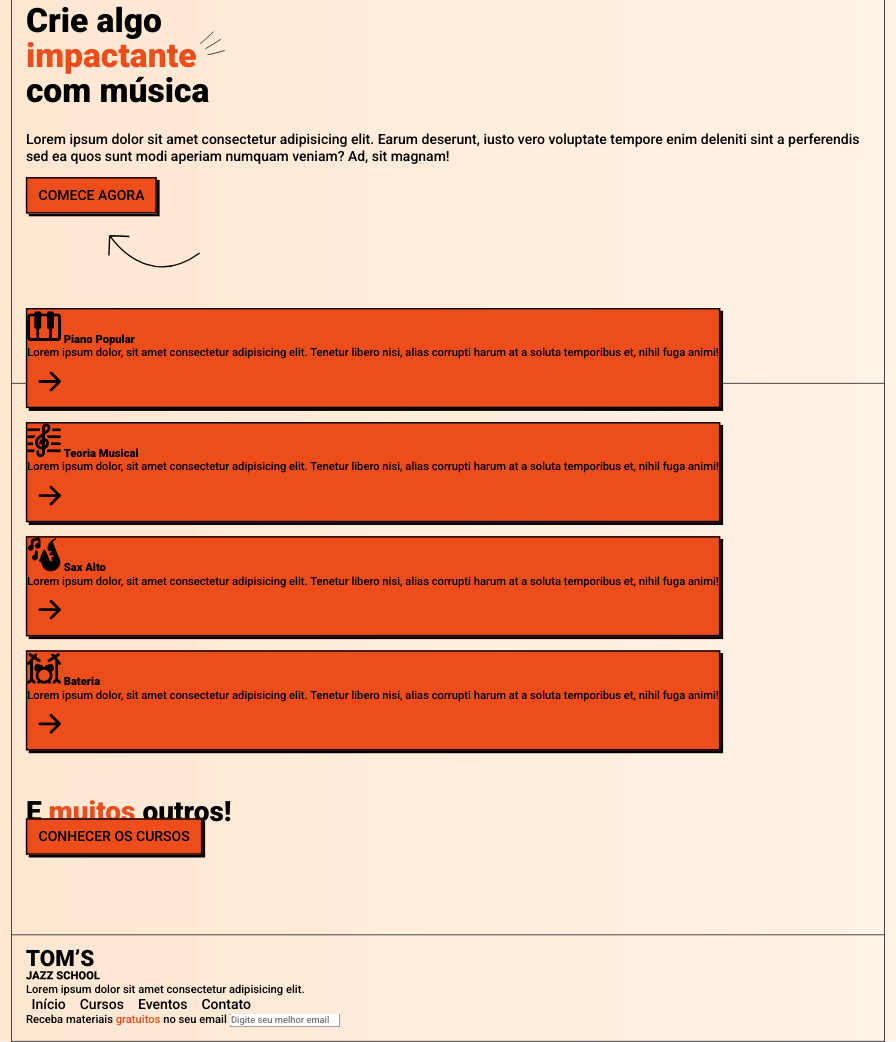
Repository: tenoriodasilva31/OBC-Music-School
Page: index.html
The author's editor kept a copy of each file at every save. The page is drawn from the files as they stood at one save, then again after the next save.
The browser window is 1280 px wide. The pictures show the part of the page from y = 990 to 2910 px (the page is 2478 px tall before and 2910 px after), at 70% of full size.

Above is the page before, as saved 2023-07-05 17:45:27.

### index.html
<!DOCTYPE html>
<html lang="pt-BR">
<head>
    <meta charset="UTF-8">
    <meta name="viewport" content="width=device-width, initial-scale=1.0">
    <title>Tom's Jazz School</title>

    <link rel="preconnect" href="https://fonts.googleapis.com">
    <link rel="preconnect" href="https://fonts.gstatic.com" crossorigin>

    <link rel="stylesheet" href="index.css">

    <link href="https://fonts.googleapis.com/css2?family=Roboto:wght@500;900&display=swap" rel="stylesheet">
</head>
<body>
    <header>
        <img src="./img/logo.svg" alt="Tom's School">
        <nav class="mt-1 nx-auto">
            <a href="#">Início</a>
            <a href="#">Cursos</a>
            <a href="#">Eventos</a>
            <a href="#">Contato</a>
        </nav>
        <button href="#" class="button mt-1 mb-1 nx-auto">Inscreva-se</button>
    </header>
    <main>
        <section class="hero-section">
            <img src="/img/hero-img.svg" alt="Banda de jazz se apresentando">
            <div>
                <h1 class="mt-2">Crie algo <span class="text-primary decoration">impactante</span> com música</h1>
                <p class="mt-2 mb-2">Lorem ipsum dolor sit amet consectetur adipisicing elit. Earum deserunt, iusto vero voluptate tempore enim deleniti sint a perferendis sed ea quos sunt modi aperiam numquam veniam? Ad, sit magnam!</p>
                <a href="#" class="button mt-1 mb-1 nx-auto">Comece agora</a>
            </div>
        </section>
        <section class="courses-section">
            <div class="cards">
            <article class="card">
                <img src="/img/piano.png" alt="icone de teclas de piano">
                <strong>Piano Popular</strong>
                <p>Lorem ipsum dolor, sit amet consectetur adipisicing elit. Tenetur libero nisi, alias corrupti harum at a soluta temporibus et, nihil fuga animi!</p>
                <a href="#">
                    <img src="/img/arrow-right.svg" alt="Ir para página do curso">
                </a>
            </article>
            <article class="card">
                <img src="/img/clef.png" alt="icone clave">
                <strong>Teoria Musical</strong>
                <p>Lorem ipsum dolor, sit amet consectetur adipisicing elit. Tenetur libero nisi, alias corrupti harum at a soluta temporibus et, nihil fuga animi!</p>
                <a href="#">
                    <img src="/img/arrow-right.svg" alt="Ir para página do curso">
                </a>
            </article>
            <article class="card">
                <img src="/img/sax.png" alt="icone de teclas de piano">
                <strong>Sax Alto</strong>
                <p>Lorem ipsum dolor, sit amet consectetur adipisicing elit. Tenetur libero nisi, alias corrupti harum at a soluta temporibus et, nihil fuga animi!</p>
                <a href="#">
                    <img src="/img/arrow-right.svg" alt="Ir para página do curso">
                </a>
            </article>
            <article class="card">
                <img src="/img/drums.png" alt="icone de teclas de piano">
                <strong>Bateria</strong>
                <p>Lorem ipsum dolor, sit amet consectetur adipisicing elit. Tenetur libero nisi, alias corrupti harum at a soluta temporibus et, nihil fuga animi!</p>
                <a href="#">
                    <img src="/img/arrow-right.svg" alt="Ir para página do curso">
                </a>
            </article>
            </div>
            <h2>E <span class="text-primary">muitos</span> outros!</h2>
            <a href="#" class="button">Conhecer os cursos</a>
        </section>
    </main>

    <footer>
        <div>
            <img src="/img/logo.svg" alt="Tom's School">
            <p>Lorem ipsum dolor sit amet consectetur adipisicing elit. </p>
        </div>
        <nav>
            <a href="#">Início</a>
            <a href="#">Cursos</a>
            <a href="#">Eventos</a>
            <a href="#">Contato</a>
        </nav>
        <form>
            <label for="email">Receba materiais <span class="text-primary">gratuitos</span> no seu email</label>
            <input type="text" name="email" id="email" placeholder="Digite seu melhor email">
        </form>
    </footer>
</body>
</html>

### index.css
* {
    box-sizing: border-box;
    font-family: 'Roboto', sans-serif;
    margin: 0;
    padding: 0;
}

:root {
    --color-primary: #ED4D1B;
    --color-secondary: #FF9a3c;
    --color-black: #000;
    --color-white: #FFF;
}

body {
    background: linear-gradient(90deg, #ffe7d1 0%, #FFF2e6 100%);
    padding: 0 1rem;
}

header,.hero-section, .courses-section, footer {
    border-color: var(--color-black);
    border-style: solid;
    border-width: 0 1px 1px 1px;
    padding: 1.25rem;
}

header img {
    display: block;
    margin: 1rem auto;
}

header nav {
    display: grid;
    grid-template-columns: 1fr, 1fr;
}

nav a {
    color: var(--color-black);
    font-size: 1.25rem;
    padding: .5rem;
    text-decoration: none;
}

header nav a:nth-child(2n-1) {
    text-align: right;
}

.button {
    background-color: var(--color-primary);
    border: 2px solid var(--color-black);
    box-shadow: 4px 4px 0 var(--color-black);
    color: var(--color-black);
    display: black;
    font-size: 1.25rem;
    padding: .75rem 1rem;
    max-width: 14rem;
    text-align: center;
    text-decoration: none;
    text-transform: uppercase;
}

.hero-section {
    padding-right: 0;
    padding-bottom: 16rem;

}

.hero-section img {
    display: block;
    margin: 1.25rem 0 0 auto;
    max-width: 100%;
}

h1 {
    font-size: 3rem;
    line-height: 105%;
}

h2 {
    font-size: 2.5rem;
}

.hero-section p {
    font-size: 1.25rem;
    padding-right: 1.25rem;
}

.hero-section .button {
    position: relative;

}

.hero-section .button::after {
    content: '';
    background: url("/img/arrow-curve.svg");
    position: absolute;
    top: 5rem;
    right: -4rem;
    height: 48px;
    width: 132px;
}

.decoration {
    display: block;
    position: relative;
}

.decoration::after {
    content: '';
    background: url(/img/three-dashes.svg);
    position: absolute;
    top: -0.75rem;
    height: 36px;
    width: 40px;
}

.courses-section {
    padding-bottom: 8rem;

}

.cards {
    display: flex;
    flex-direction: column;
    align-items: start;
    gap: 1.25rem;
    margin-top: -8rem;
    margin-bottom: 4rem;
}

.card {
    background-color: var(--color-primary);
    border: 2px solid var(--color-black);
    box-shadow: 4px 4px 0 var(--color-black);
}

.mt-1 {
    margin-top: 1rem;
}

.mt-2 {
    margin-top: 2rem;
}

.mb-1 {
    margin-bottom: 1rem;
}

.mb-2 {
    margin-bottom: 2rem;
}

.mx-auto {
    margin-left: auto;
    margin-right: auto;
}

.text-primary {
    color: var(--color-primary);
}

.text-center {
    text-align: center;
}

After the next save:
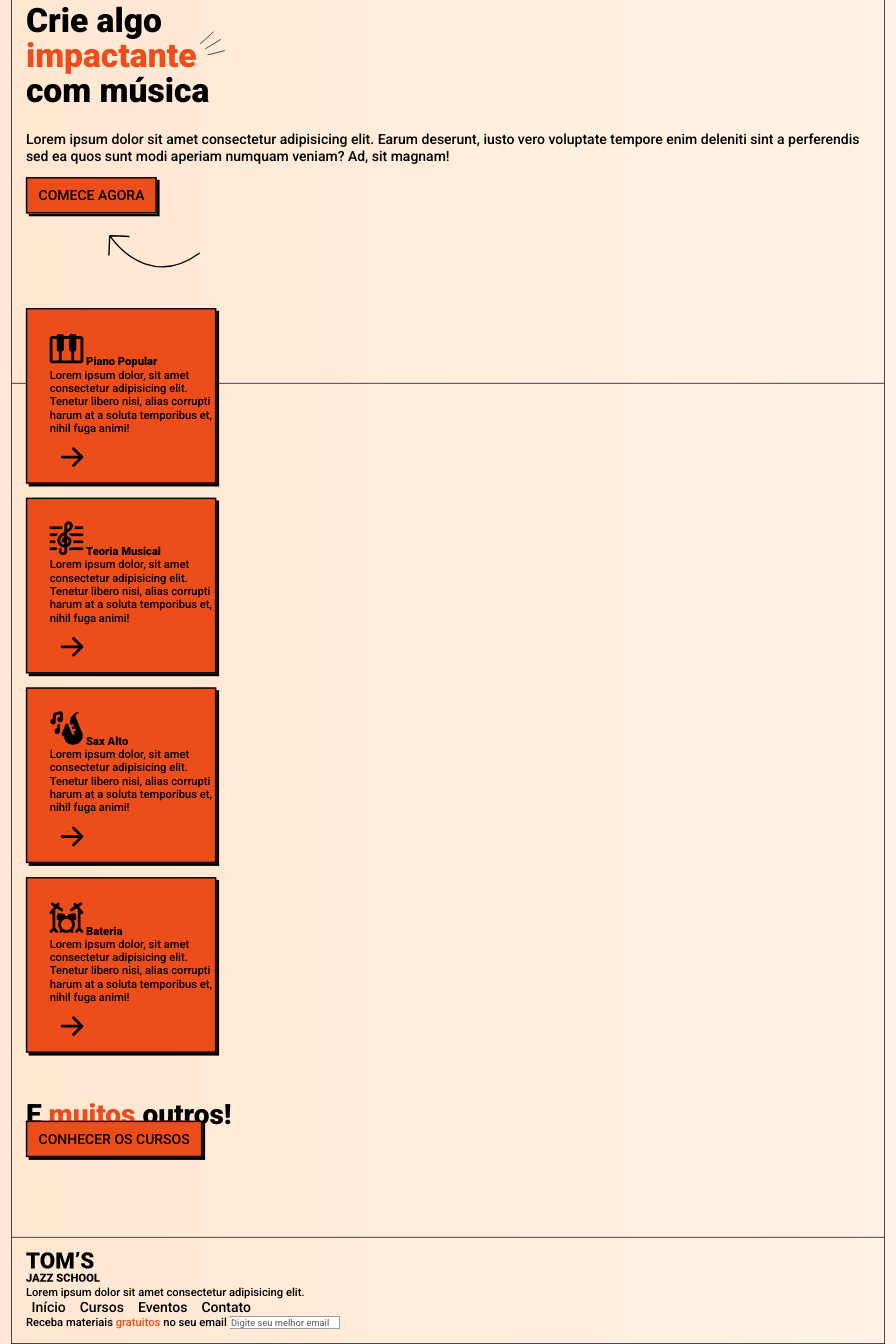
Saved 33 s later.
--- a/index.css
+++ b/index.css
@@ -132,6 +132,8 @@ h2 {
     background-color: var(--color-primary);
     border: 2px solid var(--color-black);
     box-shadow: 4px 4px 0 var(--color-black);
+    max-width: 17rem;
+    padding: 2rem 0 0 2rem;
 }
 
 .mt-1 {
